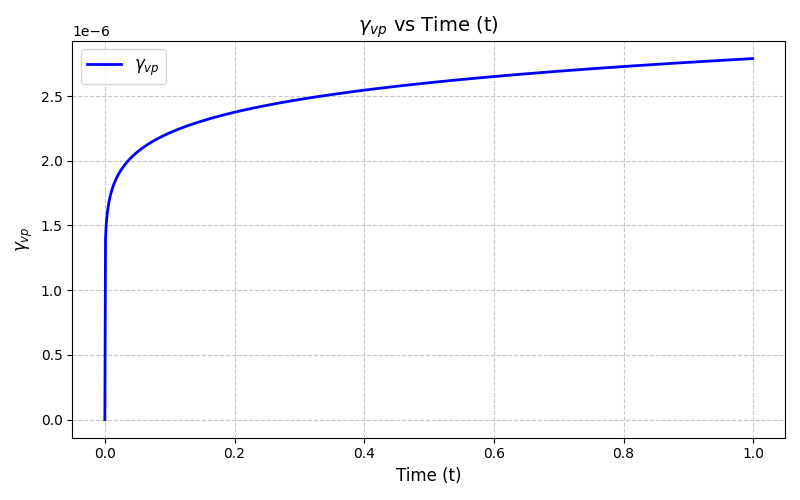
Repository: ajacquey/beaver
Script's output: python examples/viscoelasticity/Lemaitre/Lemaitre_analytical/Lemaitre_analytical.py
The author's editor kept a copy of each file at every save. The script's output is drawn from the files as they stood at one save, then again after the next save.
Random numbers start from a fixed seed.

Above is the script's output before, as saved 2025-05-28 18:24:48.

After the next save:
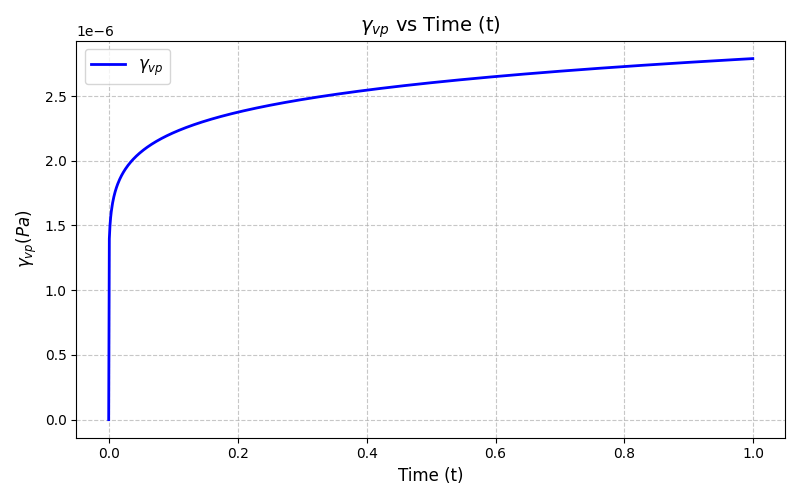
Saved 17 s later.
--- a/examples/viscoelasticity/Lemaitre/Lemaitre_analytical/Lemaitre_analytical.py
+++ b/examples/viscoelasticity/Lemaitre/Lemaitre_analytical/Lemaitre_analytical.py
@@ -30,7 +30,7 @@ plt.plot(t_values, gamma_vp_values, 'b-', linewidth=2)
 plt.legend([r'$\gamma_{vp}$'], loc='upper left', fontsize=12)
 plt.title(r'$\gamma_{vp}$ vs Time (t)', fontsize=14)
 plt.xlabel('Time (t)', fontsize=12)
-plt.ylabel(r'$\gamma_{vp}$', fontsize=12)
+plt.ylabel(r'$\gamma_{vp} (Pa)$', fontsize=12)
 plt.grid(True, linestyle='--', alpha=0.7)
 plt.tight_layout()
 
